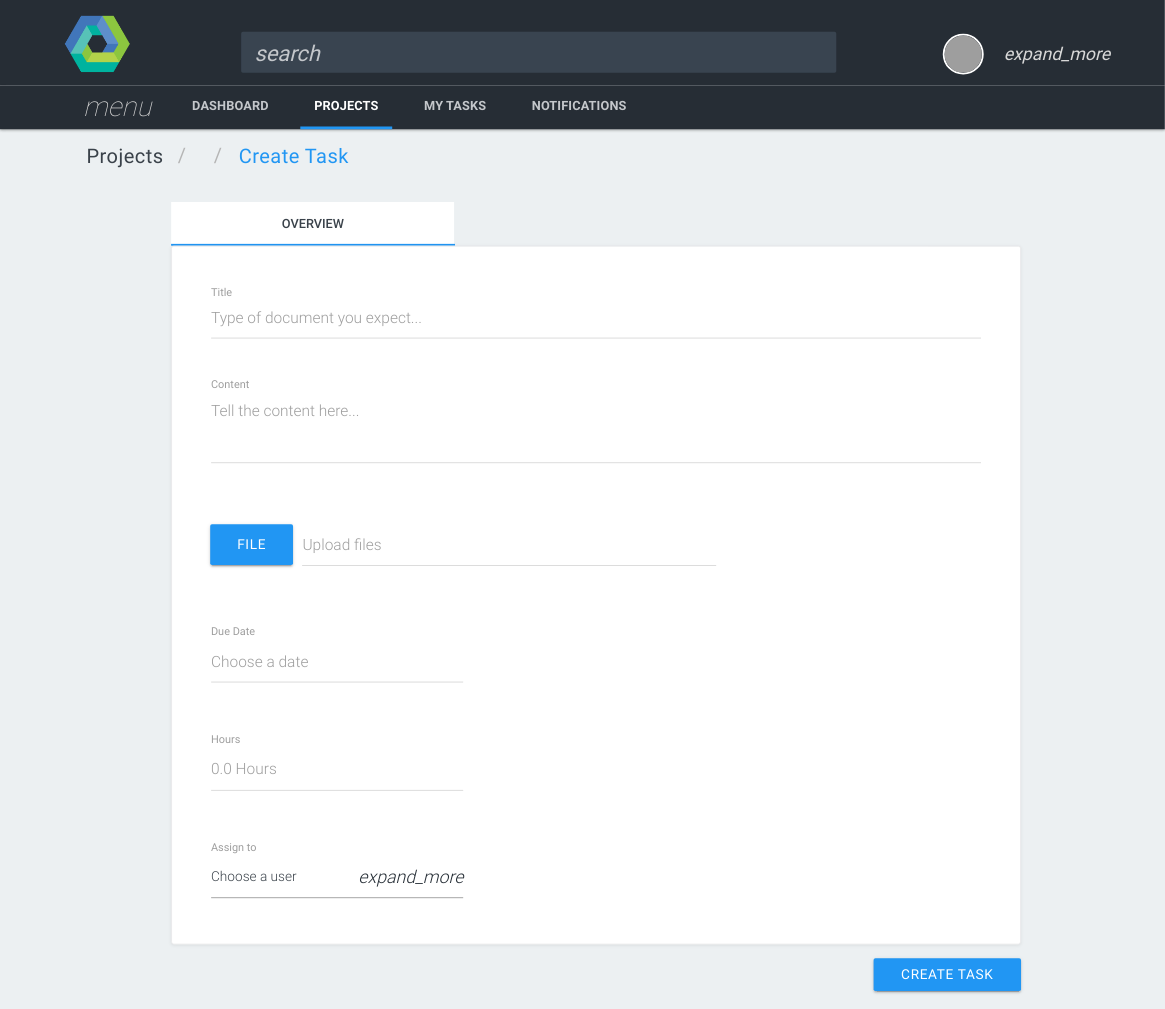
Repository: RenanChagas/ProjectManagement
Page: http://localhost/finalproject/WEB-INF/views/taskCreate.jsp
These files come from the project's save history. The page is drawn as it stood at one moment and after the next save; the edit follows.
The browser window is 1280 px wide. The pictures show the whole page, at 91% of full size.
Pictures or frames that could not be fetched are drawn as grey boxes. The page is served by Tomcat 9. Nobody is signed in. The template is opened directly, without the code that normally fills it, so the values that code supplies are empty.

Above is the page before, as saved 2017-11-27 21:19:20.

After the next save:
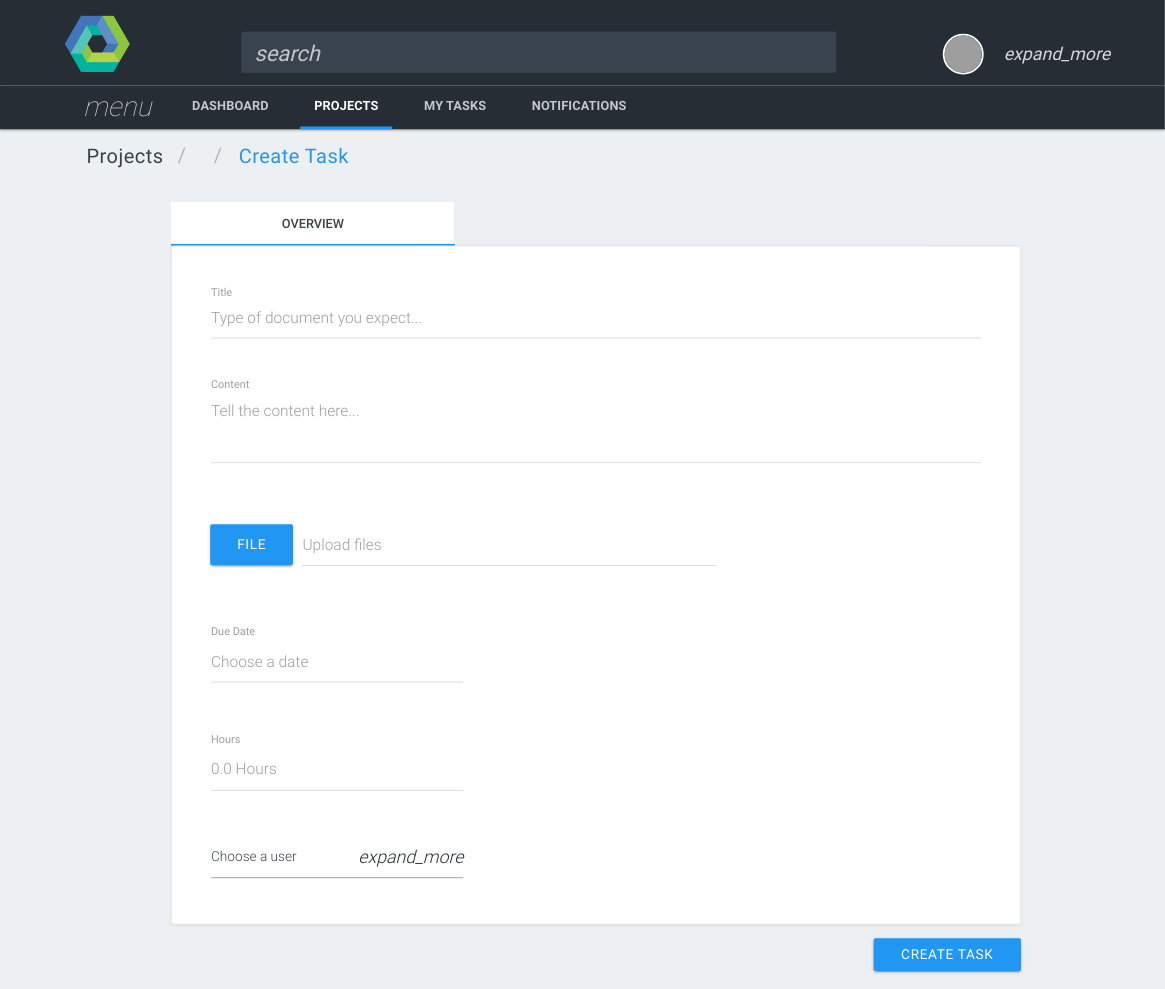
Saved 9 s later.
--- a/finalproject/src/main/webapp/WEB-INF/views/taskCreate.jsp
+++ b/finalproject/src/main/webapp/WEB-INF/views/taskCreate.jsp
@@ -248,7 +248,7 @@
 
                       <div class="row MDC-margin-bottom30">
                       	<div class="col MDC-maxSize-300">
-	                      		<form:label for="taskUser" path="user">Assign to</form:label>
+
 	                      		<form:select id="taskUser" path="user" multiple="false"
 	                      			class="MDC-border-grey-light MDC-font-17 MDC-color-grey-dark-2 MDC-font-weight-300" onchange="myFunc()">
 	                      			<form:option value="" label="Choose a user" />
